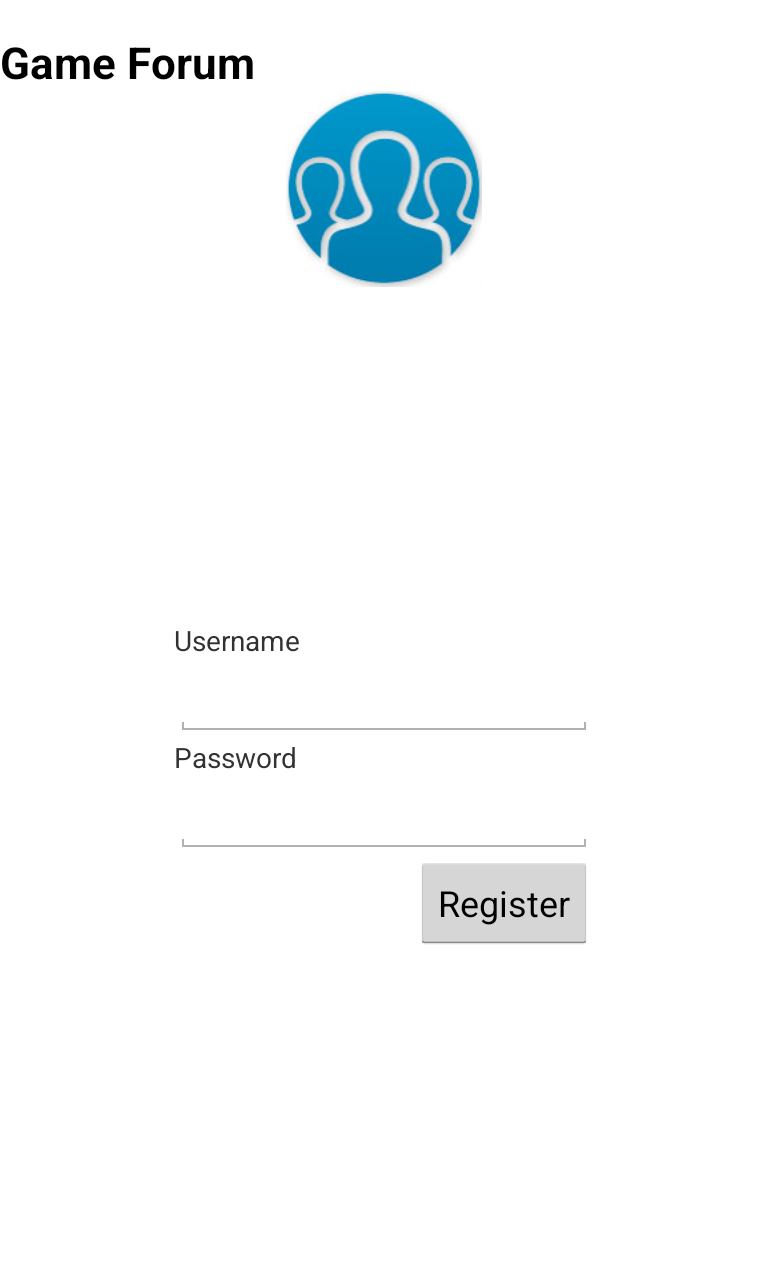
Repository: yuanpeixin/Project
Layout: GameForum/res/layout/register.xml
An editor plug-in stored every save of this project. The layout is shown before and after the next save, followed by the edit.
It is drawn on a 768 x 1280 px phone screen (xhdpi) without system bars, with theme AppTheme; the app's code is not run.

Above is the layout before, as saved 2015-10-05 00:20:44.

After the next save:
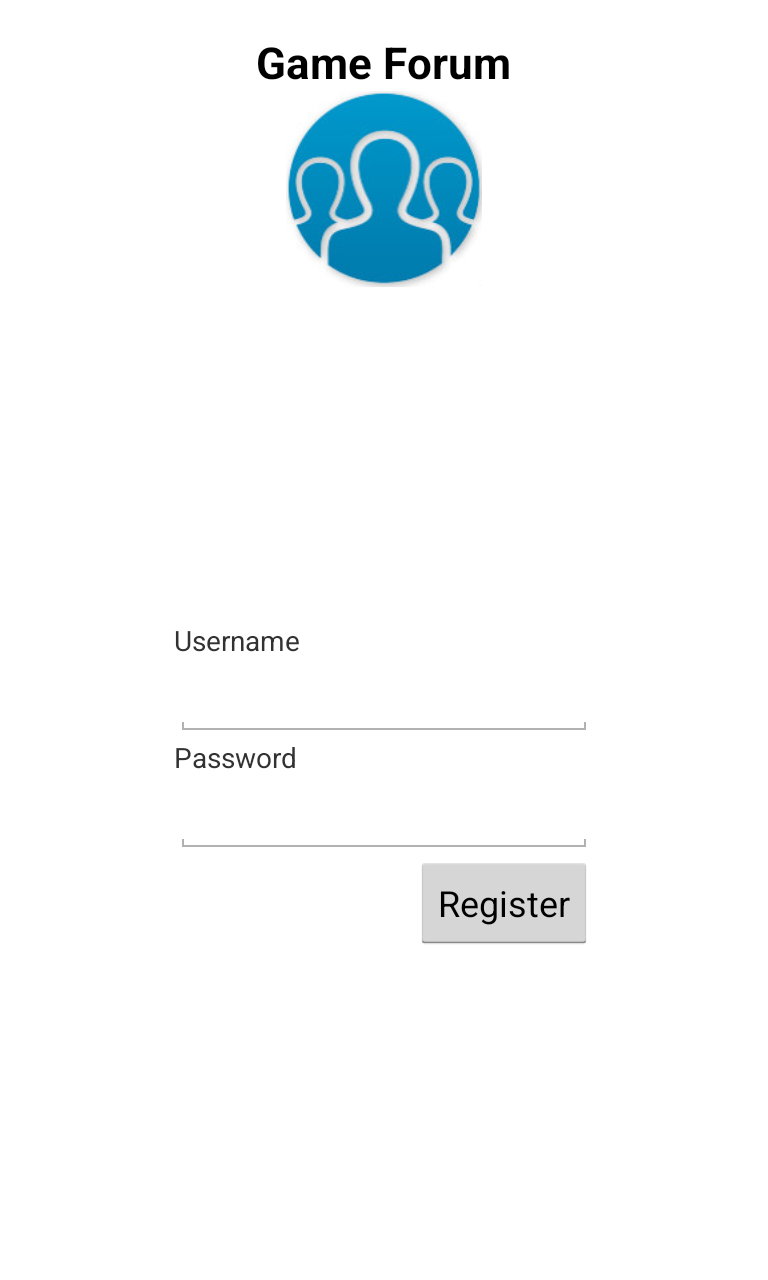
Saved 41 s later.
--- a/GameForum/res/layout/register.xml
+++ b/GameForum/res/layout/register.xml
@@ -37,18 +37,6 @@
         android:layout_below="@+id/username"
         android:text="Password" />
 
-    <TextView
-        android:id="@+id/textView2"
-        android:layout_width="wrap_content"
-        android:layout_height="wrap_content"
-        android:layout_alignParentLeft="true"
-        android:layout_alignParentTop="true"
-        android:layout_marginTop="16dp"
-        android:gravity="center"
-        android:text="Game Forum"
-        android:textAppearance="?android:attr/textAppearanceLarge"
-        android:textStyle="bold" />
-
     <EditText
         android:id="@+id/password"
         android:layout_width="wrap_content"
@@ -66,4 +54,16 @@
         android:layout_below="@+id/password"
         android:text="Register" />
 
+    <TextView
+        android:id="@+id/textView2"
+        android:layout_width="wrap_content"
+        android:layout_height="wrap_content"
+        android:layout_alignParentTop="true"
+        android:layout_centerHorizontal="true"
+        android:layout_marginTop="16dp"
+        android:gravity="center"
+        android:text="Game Forum"
+        android:textAppearance="?android:attr/textAppearanceLarge"
+        android:textStyle="bold" />
+
 </RelativeLayout>
